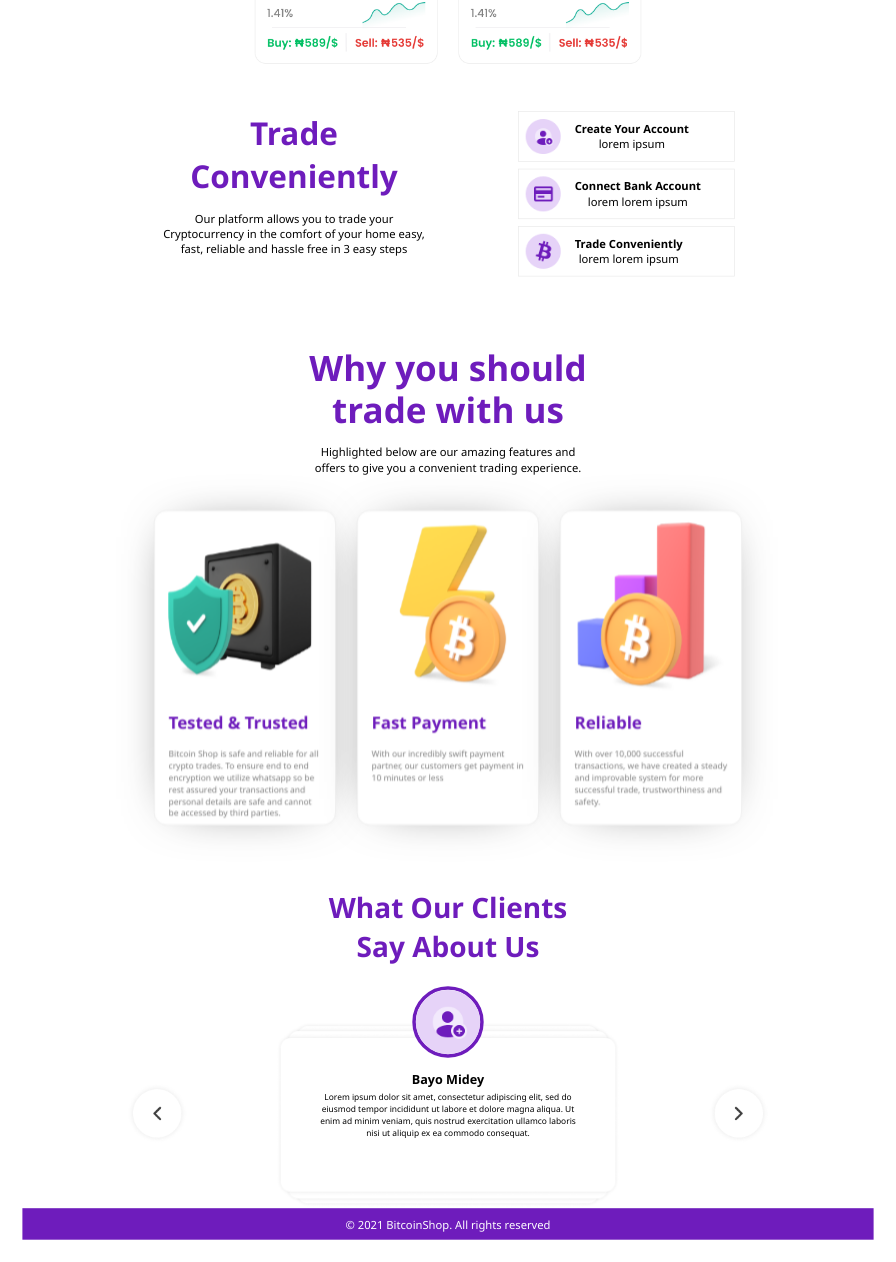
Repository: akinmiday/bitcoinshop-website
Page: /
These files come from the project's save history. The page is drawn as it stood at one moment and after the next save; the edit follows.
The browser window is 1280 px wide. The pictures show the part of the page from y = 940 to 2860 px (the page is 2743 px tall before and 2860 px after), at 70% of full size.
The project was rebuilt for these pictures with package versions that can differ from the ones it lists, and the page was loaded fresh each time. Also part of the build but not shown: vite.config.js.

Above is the page before, as saved 2023-07-10 20:51:49.

### src/App.jsx
import React from 'react'
import { Route, createBrowserRouter, RouterProvider, createRoutesFromElements } from "react-router-dom"
import './App.css'
import Layout from './components/layout'
import TitlePage from './pages/title'
import Rates from './pages/rates'



const router = createBrowserRouter(createRoutesFromElements(
  <Route path='/' element={<Layout />} >
    <Route index element={<TitlePage />} />
    <Route element={<Rates />} />

  </Route>
))

function App() {

  return (
    <RouterProvider router={router} />
  )
}

export default App

### src/index.css
*{
    margin: 0;
    padding: 0;
    box-sizing: border-box;
    font-family: 'Segoe UI', Tahoma, Geneva, Verdana, sans-serif ;
}

.header{
    display: flex;
    color:#6E1CBC;
    display: flex;
    align-items: center;
    border-bottom: #EAEAEA solid 1px;
    height: 60px;
    flex-shrink: 0;
    justify-content: space-between;
    padding: 20px;
}


.right-side-header{
    display: flex;
    align-items: center;
    font-weight: 500;
}

.right-side-header > img{
    padding: 10px;
    height: 44px;

}

.shop-logo{
    color:#FFCC00 ;
}


.middle-section-header {
    display: flex;
    justify-content: center;
    align-items: center;
    gap: 20px;
}

.right-side-header >button {
    background-color: #6E1CBC;
    color: #ffffff;
    padding: 5px 10px;
    border-radius: 8px;
}

.footer{
    background-color: #6E1CBC;
    color: #ffffff;
    display: flex;
    justify-content: center;
    align-items: center;
    margin-top: auto;
    flex-shrink: 0;
    height: 45px;
}

.title-section{
    display: flex;
    padding: 30px;
    height: 400px;
    justify-content: space-around;

}



.left-side-title{
    width: 450px;
    padding: 20px;
}

.left-side-title > h1{
    color: #6E1CBC;
    font-size: 62px;
    font-style: normal;
    font-weight: 700;
    line-height: 78px;


}

.left-side-title > p{
    font-size: 18px;
    padding: 20px 0;
}

.left-side-title >button{
    color: #ffffff;
    background-color: #6E1CBC;
    padding: 5px 10px;
    border-radius: 7px;
    text-align: center;
}

.rates-section{
    color: #6E1CBC;
    text-align: center;
    font-size: 26px;
}

.rates-section h1 {
    padding: 20px;
}

.rates-section img{
    height: 200px;
}


.top-row-rates-section {
    display: flex;
    justify-content: center;
    margin-bottom: 20px;
    gap: 30px;
  }

  .bottom-row-rates-section {
    display: flex;
    justify-content: center;
    gap: 30px;
  }

  .trade-section{
    margin-top: 30px;
    display: flex;
    justify-content: center;
    align-items: flex-start;
    gap: 110px;
    flex-shrink: 0;
    padding: 20px;
  }

  .left-trade-section{
    width: 400px;

  }

  .left-trade-section h1 {
    color: #6E1CBC;
    font-size: 45px;
    padding: 10px;
  }

  .left-trade-section p{
    padding: 10px;
  }

  .trade-link-section >div{
    display: flex;
    align-items: center;
    width: 310px;
    padding: 10px;
    margin: 10px;
    border: #EAEAEA 1px solid;
  }

  .trade-link-section > div >img{
    height: 50px;
    margin-right: 20px;
  }
  .trade-with-us{
    text-align: center;

    margin-top: 50px;
  }

  .trade-with-us-heading > h1{
    color: #6E1CBC;
    font-size: 50px;
    line-height: 60px;
    padding: 20px;
  }

  .trade-with-us-icon-section{
    display: flex;
    margin-top: 20px;
    padding-top: 30px;
    gap: 30px;
    justify-content: center;
    align-items: center;
    padding-bottom: 20px;
  }

  .trade-with-us-icon-section >div{
    border-radius: 18px;
    border: 1px solid #EAEAEA;
    background: #FFF;
    backdrop-filter: blur(100px);
    width: 260px;
    height: 450px;
    text-align: left;
    box-shadow: -2px 0px 74px -36px rgba(0,0,0,0.71);
    -webkit-box-shadow: -2px 0px 74px -36px rgba(0,0,0,0.71);
    -moz-box-shadow: -2px 0px 74px -36px rgba(0,0,0,0.71);
  }

  .trade-with-us-icon-section div >h2{
    color: #6E1CBC;
    padding: 20px;
  }

  .trade-with-us-icon-section div >p{
    padding: 0 20px;
    font-size: 12px;
    color: #808080;
  }

  .trade-with-us-icon-section img {
    width: 250px;
    height: 250px;
    margin-top: 10px;
  }

  .carousel-area{
    display: flex;
    align-items: center;
    justify-content: center;
    gap: 20px;
    margin-top: 60px;
  }

  .review-section{
    text-align: center;
    margin-top: 50px;
    color: #6E1CBC;
  }

  .review-section h1{
    font-size: 40px;
    padding: 20px;
  }

  .review-card{
    width: 70%;
    position: relative;
    align-items: center;


  }

  .review-card-area {
    position: relative;
    display: flex;
    align-items: center;
    justify-content: center;

  }

  .review-card-area h2{
    position: absolute;
    color: black;
    font-size: 18px;
    top: 70px;

  }

  .review-card-area > p {
    position: absolute;
    font-size: 12px;
    width: 370px;
    color: black;
    top: 100px;
  }

  .review-image{
    border-radius: 102px;
    border: 5px solid #6E1CBC;
    background: url(<path-to-image>), lightgray 50% / cover no-repeat, #C4C4C4;
    width: 102px;
    height: 102px;
    flex-shrink: 0;
    position: absolute;
    top: -50px;

  }

### src/components/layout.jsx
import React from "react";
import { Outlet } from "react-router-dom";
import Header from "./header";
import Footer from "./footer";
import Rates from "../pages/rates";


export default function Layout() {
    return (<>
        <Header />
        <main>
            <Outlet />
        </main>
        <Footer />
    </>)
}

### src/pages/title.jsx
import React from "react";
import groupIcons from "../assets/Group-icons-title.png"
import Rates from "./rates";
import TradeSection from "./tradeSection";
import TradeWithUs from "./tradewithus";
import Reviews from "./reviews";

export default function TitlePage() {
    return (<>
        <div className="title-section" >
            <div className="left-side-title" >
                <h1>Trade your Cryptocurrency</h1>
                <p>Best and reliable platform to trade over 100 cryptocurrencies for your local Fiat</p>
                <button>Get Started</button>
            </div>
            <img src={groupIcons} />
        </div>
        <Rates />
        <TradeSection />
        <TradeWithUs />
        <Reviews />
    </>
    )
}

### src/pages/rates.jsx
import React from "react";
import btcTrend from "../assets/bitcoin-trend-Item.png"
import ethTrend from "../assets/ETH-Trend-Item.png"
import bnbTrend from "../assets/BNB-Trend-Item.png"
import bchTrend from "../assets/BCH-Trend-Item.png"
import usdtTrend from "../assets/USDT-Trend-Item.png"

export default function Rates() {
    return (
        <div className="rates-section">
            <h1>We Offer Superb Rates</h1>
            <div className="top-row-rates-section">
                <div><img src={btcTrend} /></div>
                <div><img src={ethTrend} /></div>
                <div><img src={bnbTrend} /></div>
            </div>
            <div className="bottom-row-rates-section">
                <div><img src={bchTrend} /></div>
                <div><img src={usdtTrend} /></div>
            </div>
        </div>
    );
}

### src/components/header.jsx
import React from "react";
import logoImg from "../assets/bitcoinshop-logo.png"
import lightIcon from "../assets/Light-icon.png"


export default function Header() {
    return (<div className="header" >
        <div className="right-side-header" ><img src={logoImg} />
            <h4>Bitcoin<span className="shop-logo" >Shop</span></h4>
        </div>
        <div className="middle-section-header" >
            <h4>Home</h4>
            <h4>Contact us</h4>
            <h4>About us</h4>
            <h4>FAQs</h4>
            <h4>Terms of Service</h4>
        </div>
        <div className="right-side-header" >
            <img src={lightIcon} />
            <button>Trade now</button>
        </div>


    </div>)
}

### src/components/footer.jsx
import React from "react";

export default function Footer() {
    return (<>
        <div className="footer" >&#169; 2021 BitcoinShop. All rights reserved</div>
    </>)
}

### src/pages/tradeSection.jsx
import React from "react";
import profileIcon from "../assets/profile-icon.png"
import debitCardIcon from "../assets/debit-card-icon.png"
import bitcoinIcon from "../assets/bitcoin-icon.png"

export default function TradeSection() {
    return (
        <div className="trade-section">
            <div className="left-trade-section" >
                <h1>Trade Conveniently</h1>
                <p>Our platform allows you to trade your Cryptocurrency in the comfort of your home
                    easy, fast, reliable and hassle free in 3 easy steps
                </p>
            </div>
            <div className="trade-link-section" >
                <div>
                    <img src={profileIcon} />
                    <div>
                        <h4>Create Your Account</h4>
                        <p>
                            lorem ipsum
                        </p>
                    </div>
                </div>

                <div>
                    <img src={debitCardIcon} />
                    <div>
                        <h4>Connect Bank Account</h4>
                        <p>
                            lorem lorem ipsum
                        </p>
                    </div>
                </div>

                <div>
                    <img src={bitcoinIcon} />
                    <div>
                        <h4>Trade Conveniently</h4>
                        <p>
                            lorem lorem ipsum
                        </p>
                    </div>
                </div>
            </div>
        </div>
    )
}

### src/pages/tradewithus.jsx
import React from "react";
import securedIcon from "../assets/secured.png"
import fastPaymentIcon from "../assets/fast-payment.png"
import reliableIcon from "../assets/reliable.png"

export default function TradeWithUs() {
    return (
        <div className="trade-with-us" >
            <div className="trade-with-us-heading" >
                <h1>Why you should <br /> trade with us</h1>
                <p>Highlighted below are our amazing features and <br /> offers
                    to give you a convenient trading experience.
                </p>
            </div>
            <div className="trade-with-us-icon-section" >
                <div>
                    <img src={securedIcon} />
                    <h2>Tested & Trusted</h2>
                    <p>Bitcoin Shop is safe and reliable for all crypto trades. To ensure end to end encryption we utilize whatsapp
                        so be rest assured your transactions and personal details are safe and cannot be accessed by third parties.
                    </p>
                </div>
                <div>
                    <img src={fastPaymentIcon} />
                    <h2>Fast Payment</h2>
                    <p>With our incredibly swift payment partner, our customers get payment in 10 minutes or less</p>
                </div>
                <div>
                    <img src={reliableIcon} />
                    <h2>Reliable</h2>
                    <p>With over 10,000 successful transactions, we have created a steady and improvable system for more successful trade,
                        trustworthiness and safety.
                    </p>
                </div>
            </div>
        </div>
    )
}

### src/pages/reviews.jsx
import React from "react";
import reviewCard from "../assets/review-card.png"
import toRightIcon from "../assets/to-right-carousel.png"
import toLeftIcon from "../assets/to-left-carousel.png"
import profileIcon from "../assets/profile-icon.png"

export default function Reviews() {
    return (
        <div className="review-section" >
            <h1>What Our Clients<br />Say About Us</h1>

            <div className="carousel-area" >
                <div>
                    <img src={toLeftIcon} />
                </div>
                <div className="review-card-area" >
                    <img className="review-card" src={reviewCard} />
                    <img className="review-image" src={profileIcon} />
                    <h2>Bayo Midey</h2>
                    <p>Lorem ipsum dolor sit amet, consectetur adipiscing elit, sed do eiusmod tempor incididunt ut labore et dolore magna aliqua. Ut enim ad minim veniam, quis nostrud exercitation ullamco laboris nisi ut aliquip ex ea commodo consequat.</p>
                </div>
                <div>
                    <img src={toRightIcon} />
                </div>
            </div>

        </div>
    )
}

Loaded but not shown: src/main.jsx (common file); src/App.css (common file)

After the next save:
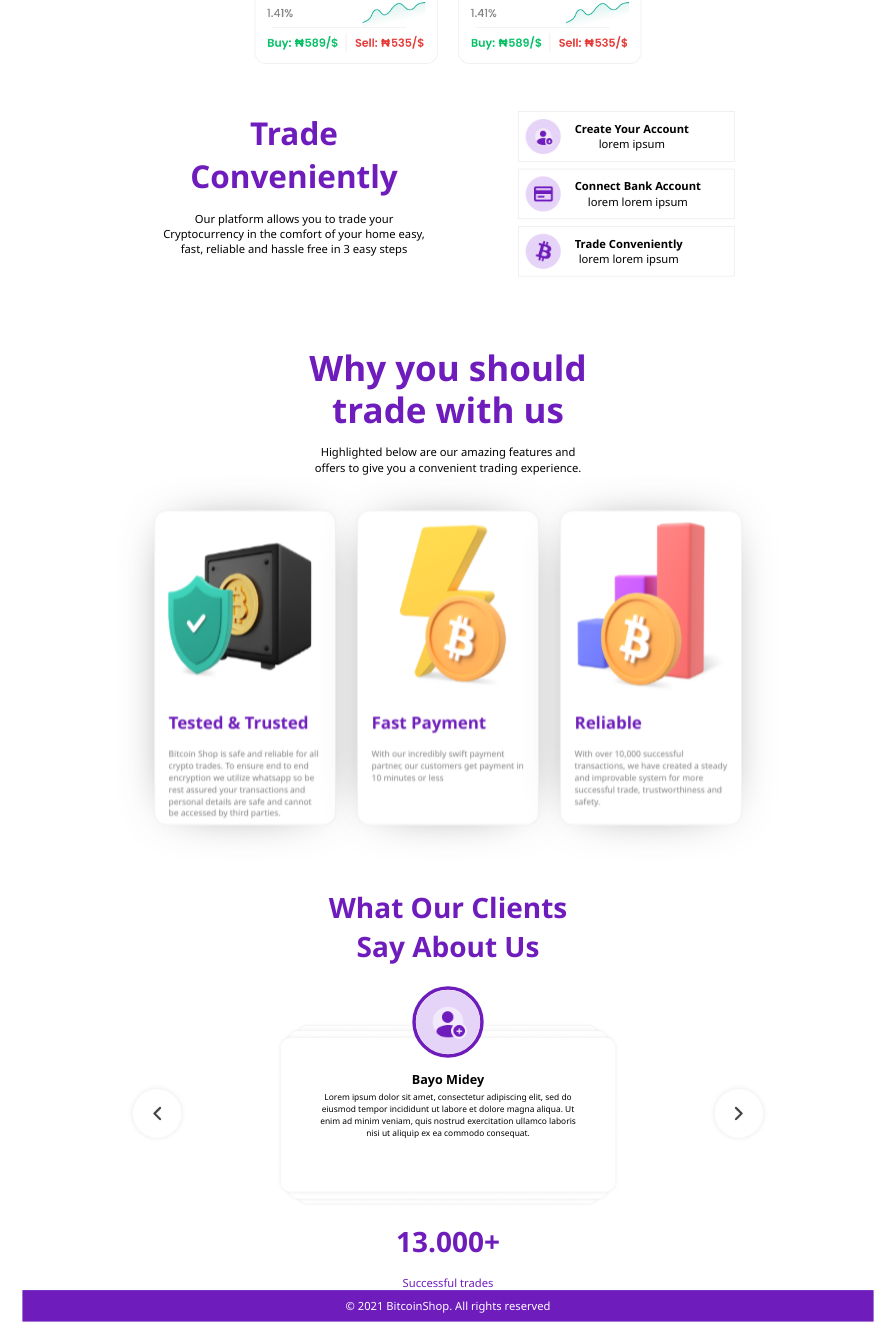
Saved 82 s later.
--- a/src/pages/reviews.jsx
+++ b/src/pages/reviews.jsx
@@ -23,6 +23,10 @@
                     <img src={toRightIcon} />
                 </div>
             </div>
+            <div>
+                <h1>13.000+</h1>
+                <p>Successful trades</p>
+            </div>
 
         </div>
     )
